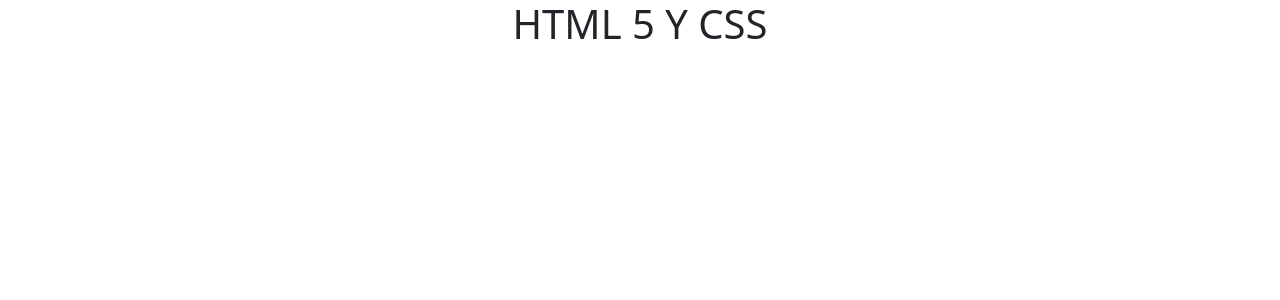
Repository: ScoggoDev/DesarrolloWeb
Page: tarea en equipo 1/ejercicio.html
These files come from the project's save history. The page is drawn as it stood at one moment and after the next save; the edit follows.
The browser window is 1280 px wide. The pictures show the whole page.

Above is the page before, as saved 2021-07-14 18:52:41.

### tarea en equipo 1/ejercicio.html
<!DOCTYPE html>
<html lang="en">
<head>
    <meta charset="UTF-8">
    <meta http-equiv="X-UA-Compatible" content="IE=edge">
    <meta name="viewport" content="width=device-width, initial-scale=1.0">
    <link href="https://cdn.jsdelivr.net/npm/bootstrap@5.0.2/dist/css/bootstrap.min.css" rel="stylesheet" integrity="sha384-EVSTQN3/azprG1Anm3QDgpJLIm9Nao0Yz1ztcQTwFspd3yD65VohhpuuCOmLASjC" crossorigin="anonymous">
    <script src="https://cdn.jsdelivr.net/npm/bootstrap@5.0.2/dist/js/bootstrap.bundle.min.js" integrity="sha384-MrcW6ZMFYlzcLA8Nl+NtUVF0sA7MsXsP1UyJoMp4YLEuNSfAP+JcXn/tWtIaxVXM" crossorigin="anonymous"></script>
    <title>HTML y CSS</title>
</head>
<body>
    <h1 style="text-align: center;">HTML 5 Y CSS</h1>
</body>
</html>

After the next save:
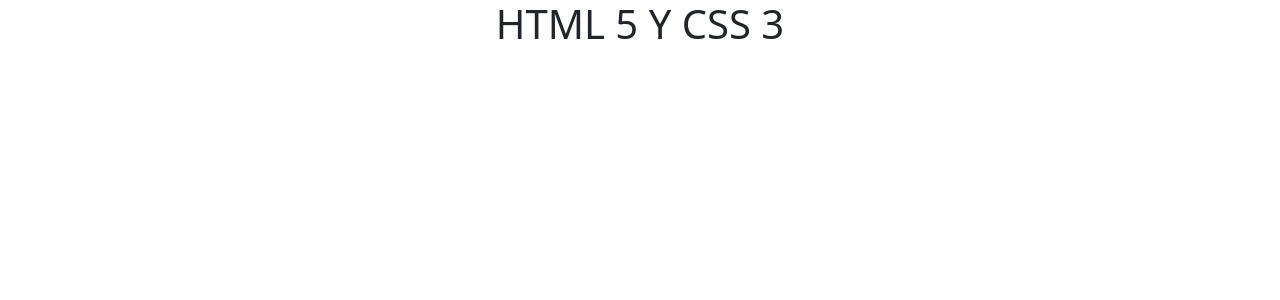
Saved 12 s later.
--- a/tarea en equipo 1/ejercicio.html
+++ b/tarea en equipo 1/ejercicio.html
@@ -9,6 +9,6 @@
     <title>HTML y CSS</title>
 </head>
 <body>
-    <h1 style="text-align: center;">HTML 5 Y CSS</h1>
+    <h1 style="text-align: center;">HTML 5 Y CSS 3</h1>
 </body>
 </html>
